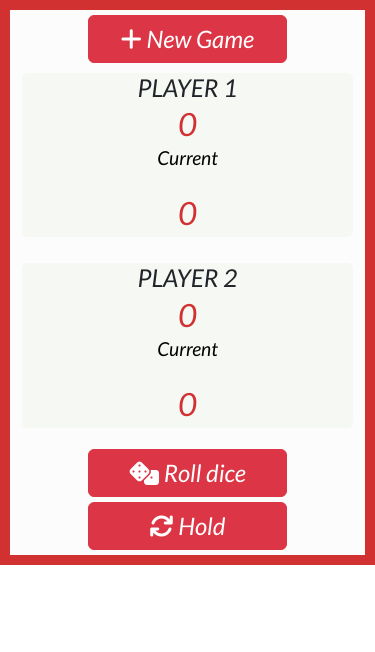
Repository: haifabilel/Eval_JAVASCRIPT
Page: index.html
An editor plug-in stored every save of this project. The page is shown before and after the next save, followed by the edit.
The browser window is 375 px wide. The pictures show the whole page.
Some web libraries are served in a nearby version.

Above is the page before, as saved 2023-06-05 17:25:03.

### index.html
<!DOCTYPE html>
<html lang="fr">
<head>
    <meta charset="UTF-8">
    <meta http-equiv="X-UA-Compatible" content="IE=edge">
    <meta name="viewport" content="width=device-width, initial-scale=1.0">
    <title>GameEval</title>
    <!-- Bootstrap -->
    <link href="https://cdn.jsdelivr.net/npm/bootstrap@5.3.0-alpha3/dist/css/bootstrap.min.css" rel="stylesheet" integrity="sha384-KK94CHFLLe+nY2dmCWGMq91rCGa5gtU4mk92HdvYe+M/SXH301p5ILy+dN9+nJOZ" crossorigin="anonymous">
    <!-- Bootstrap icons CSS -->
    <link rel="stylesheet" href="https://cdn.jsdelivr.net/npm/bootstrap-icons@1.6.1/font/bootstrap-icons.css">
    <!-- font awesome cdn link-->
    <link rel="stylesheet" href="https://cdnjs.cloudflare.com/ajax/libs/font-awesome/6.3.0/css/all.min.css" integrity="sha512-SzlrxWUlpfuzQ+pcUCosxcglQRNAq/DZjVsC0lE40xsADsfeQoEypE+enwcOiGjk/bSuGGKHEyjSoQ1zVisanQ==" crossorigin="anonymous" referrerpolicy="no-referrer">
    <!-- CSS Link -->
    <link rel="stylesheet" href="style.css">
</head>
<body>
    <div class="container-fluid" >
     <header>
         <button class="btn btn_newGame btn-danger"><i class="fa-solid fa-plus"></i> New Game</button>
    </header>
    <main>
        <div class="row">
            <!-- Player One  -->
            <div class="col-xm-12 col-md-5 mx-auto " >
                <section class="player player_0 player_active">
                    <h2 class="label" id="label_0">PLAYER 1</h2>
                    <p class="score" id="score_0" >0</p>
                    <div class="current">
                        <p class="current_label">Current</p>
                        <p class="current_score" id="current_0">0</p>
                    </div>
                </section>
            </div>
            <!-- Dice image -->
            <div class="col-xm-12 col-md-2 mx-auto">
                <img src="/asset/dice1.png" alt="imageDice" class="dice img-fluid" style="width: 100px;">
            </div>
             <!-- Player Tow  -->
             <div class="col-xm-12 col-md-5 mx-auto ">
                <section class="player player_1">
                    <h2 class="label" id="label_1">PLAYER 2</h2>
                    <p class="score" id="score_1">0</p>
                    <div class="current">
                        <p class="current_label">Current</p>
                        <p class="current_score" id="current_1">0</p>
                    </div>
                </section>
             </div>
        </div>
    </main>
    <!-- Button RollDice -->
    <div class="button_roll">
        <button class="btn btn_roll btn-danger"><i class="fa-solid fa-dice"></i> Roll dice</button>
    </div>
    <div class="button_hold">
        <button class="btn btn_hold btn-danger"><i class="fa-solid fa-arrows-rotate"></i> Hold</button>
    </div>
    </div>


    <script src="https://code.jquery.com/jquery-3.5.1.slim.min.js" integrity="sha384-DfXdz2htPH0lsSSs5nCTpuj/zy4C+OGpamoFVy38MVBnE+IbbVYUew+OrCXaRkfj" crossorigin="anonymous"></script>
    <script src="https://cdn.jsdelivr.net/npm/popper.js@1.16.0/dist/umd/popper.min.js" integrity="sha384-Q6E9RHvbIyZFJoft+2mJbHaEWldlvI9IOYy5n3zV9zzTtmI3UksdQRVvoxMfooAo" crossorigin="anonymous"></script>
    <script src="https://cdn.jsdelivr.net/npm/bootstrap@5.3.0-alpha3/dist/js/bootstrap.bundle.min.js" integrity="sha384-ENjdO4Dr2bkBIFxQpeoTz1HIcje39Wm4jDKdf19U8gI4ddQ3GYNS7NTKfAdVQSZe" crossorigin="anonymous"></script>
    <script src="script.js"></script>
</body>
</html>

### style.css
@import url('https://fonts.googleapis.com/css2?family=Lato:ital,wght@1,300;1,400;1,700&display=swap');
*{
    font-family: Lato;
}
.container-fluid{
    box-shadow:0.5rem 1 rem rgba(0,0,0,.5);
    background-color: #fdfcfc;
    width:100%;
    height: 100%;
    border: 10px solid  #d13131;

}
.row{
    margin-top:80px;
}
/* Playerss */
.player_0 , .player_1{
    background-color:#f1f7f097;
    text-align:center;
    border-radius:5px;
    margin-top:-70px;

}
/* Current */
.current{

    width:30%;
    font-size:1.5rem;
    border-radius:5%;
    text-align:center;
    margin-left :35%;
    color:black;
    font-size:2rem;
}
/* Scors */
.score{
    color:#d13131;
    font-size:4rem;
}
.current_score{
    color:#d13131;
    font-size:2rem;
}
/* Buttons */
.btn_roll{
    margin-left:41.5%;
    margin-top:30px;
    width:17%;
    font-size:1.5rem;
    padding:10px;

}
.btn_hold{
    padding:10px;
    margin-left:41.5%;
    margin-top:5px;
    margin-bottom:5px;
    width:17%;
    font-size:1.5rem;
}
.btn_newGame{
    margin-top:30px;
    padding: 10px;
    margin-left:41.5%;
    width:17%;
    font-size:1.5rem;
}
.btn_hold:hover{
    transform:scale(1.1);
    background-color:darkred;
}
.btn_roll:hover{
    transform:scale(1.1);
    background-color:darkred;
}
.btn_newGame:hover{
    transform:scale(1.1);
    background-color:darkred;
}

/* Image Dice */
img{
    margin:20px 70px;
}
.hidden{
    display:none;
}
.player_winn{
    background:url(/asset/golden-winners-cup_1284-18399.avif);
    background-size: cover;
    background-position:center;


}
.player_winn1{
    background-color:rgba(228, 129, 129, 0.384);
}
/* Mode mobile */
@media screen and (max-width:576px){
    .player_0 , .player_1{
        font-size:1.5rem;
    }
    .player_1{
        margin-top:10px;
    }
    .score{
        color:#d13131;
        font-size:2rem;
        margin-top:-10px;
    }
    img{
        width:20px;
        margin-left:37%;
        margin-top:0;
    }
    .btn_roll, .btn_hold, .btn_newGame{
        width:60%;
        padding:5px;
        margin-left:20%;
        margin-top: 5px;
    }
    .current{
        font-size:1.2rem;
        margin-top:-20px;
    }



}

### script.js
//Players
const playerOne = document.getElementById('player_0');
const playerTow = document.getElementById('player_1');
//Score
const score0 = document.getElementById('score_0');
const score1 = document.getElementById('score_1');
//Dice
const dice = document.querySelector('.dice');
//buttons
const buttonRoll = document.querySelector('.btn_roll');
const buttonHold = document.querySelector('.btn_hold');
const buttonNewGame = document.querySelector('.btn_newGame');
//Current
const current0 = document.getElementById('current_0');
const current1 = document.getElementById('current_1');

score0.textContent = 0 ;
score1.textContent = 0 ;
dice.classList.add("hidden");

let scores = [0 , 0]
let activePlayer = 0 ;
let currentScore = 0 ;

const switchPlayer = function(){
    document.getElementById(`current_${activePlayer}`).textContent = 0;
    document.querySelector(`.player_${activePlayer}`).classList.remove('player_winn1');
    activePlayer = activePlayer === 0 ? 1 : 0;
    currentScore = 0;
    playerOne.classList.toggle("player_active");
    playerTow.classList.toggle("player_active");




}
//buttonRoll
buttonRoll.addEventListener("click", function() {
    dice.classList.remove("hidden");



    //Generate number 1 to 6
    const diceRandom = Math.floor(Math.random() * 6) + 1;
    dice.src =`/asset/dice${diceRandom}.png`

//   Sound game
const audio = new Audio('/asset/programmation-web_de-2_asset_son.mp3');

const lanseSon = function() {
    audio.play()
}
audio.addEventListener('canplaythrough', lanseSon);

//Rolled
if(diceRandom !==1){
    currentScore += diceRandom;
    document.getElementById(`current_${activePlayer}`).textContent = currentScore;
    document.querySelector(`.player_${activePlayer}`).classList.add('player_winn1');

}else{
    //Switch Player
    switchPlayer();
}
});
//ButtonHold
buttonHold.addEventListener('click',function(){
    scores[activePlayer] += currentScore;
    document.querySelector(`.player_${activePlayer}`).classList.remove('player_winn1');
    document.getElementById(`score_${activePlayer}`).textContent = scores[activePlayer];



    if(scores[activePlayer] >=100){
        document.querySelector(`.player_${activePlayer}`).classList.add('player_winn');
        const audio = new Audio('/asset/tadaa-47995.mp3');

        const lanseSon1 = function() {
            audio.play()
        }
        audio.addEventListener('canplaythrough', lanseSon1);


    }else{
        switchPlayer();
    }
});
//  Button NewGame
buttonNewGame.addEventListener ('click',function(){
    document.location.reload()
 })

After the next save:
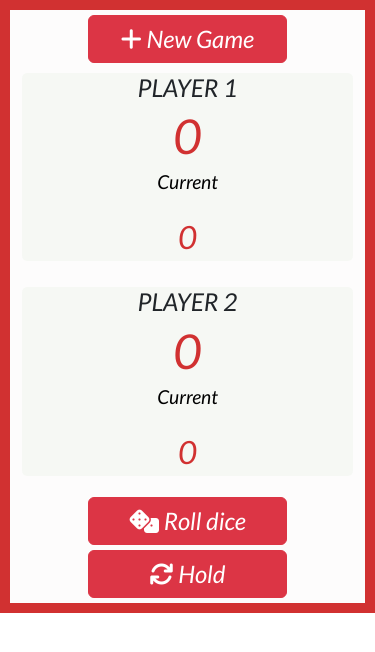
Saved 45 s later.
--- a/style.css
+++ b/style.css
@@ -105,7 +105,7 @@ img{
     }
     .score{
         color:#d13131;
-        font-size:2rem;
+        font-size:3rem;
         margin-top:-10px;
     }
     img{
